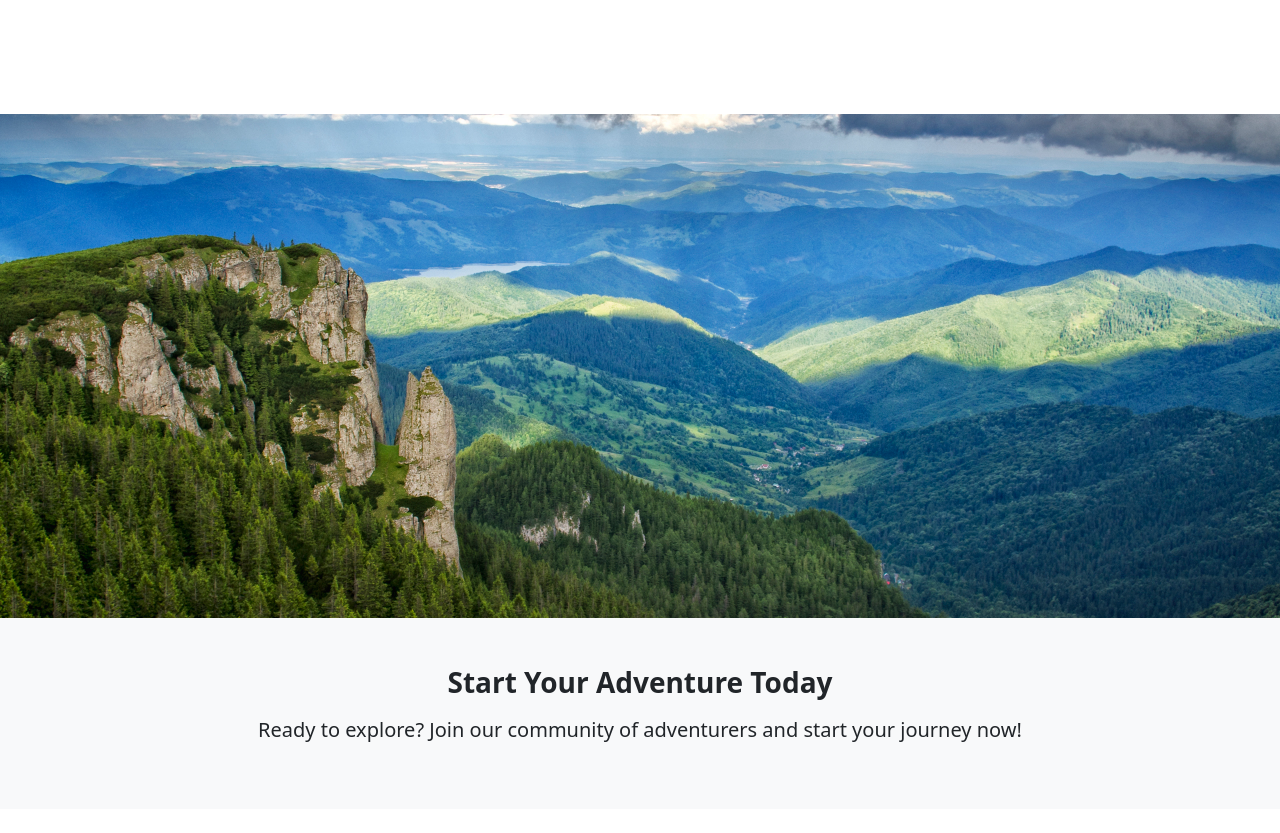
Repository: bettowww/TravelDSA
Page: /home
The author's editor kept a copy of each file at every save. The page is drawn from the files as they stood at one save, then again after the next save.
The browser window is 1280 px wide. The pictures show the whole page.
The project was rebuilt for these pictures with package versions that can differ from the ones it lists, and the page was loaded fresh each time. The framework's server and built-in components were replaced by stand-ins that run in the browser. Also part of the build but not shown: next.config.mjs.

Above is the page before, as saved 2024-12-10 14:31:58.

### app/home/page.jsx
"use client";

// import React, { useState } from "react";
// import { useRouter } from "next/navigation";

import "bootstrap/dist/css/bootstrap.min.css"; // Import Bootstrap CSS

const HomePage = () => {
  // const router = useRouter(); // Pentru navigare

  return (
    <div>
      {/* Header Section */}
      <header>
        <div className="text-center my-4">
          <h1 className="text-white fs-3 fw-bolder">
            Welcome to TravelDSA
          </h1>
          <p className="text-white-50 mb-0">
            Your trusted travel companion for exploring the world.
          </p>
        </div>
      </header>

      {/*Picture section */}
      <section
        style={{
          backgroundImage: `url("/pictures/homepage.jpg")`,
          backgroundSize: "cover",
          backgroundPosition: "center",
          backgroundRepeat: "no-repeat",
          minHeight: "70vh",
        }}
      >
      </section>

      {/* Call to Action Section */}
      <section className="py-5 bg-light">
        <div className="container text-center">
          <h3 className="fw-bold mb-3">
            Start Your Adventure Today
          </h3>
          <p className="lead">
            Ready to explore? Join our community of adventurers and start your
            journey now!
          </p>
        </div>
      </section>

      {/* Footer */}
      <footer>
        <div>
          <p className="m-0 text-center text-white">
            Copyright &copy; TravelDSA 2024. All rights reserved.
          </p>
        </div>
      </footer>
    </div>
  );
};

export default HomePage;

### styles/home.css
.custom-container {
    padding: 20px;
    margin: auto;
}

After the next save:
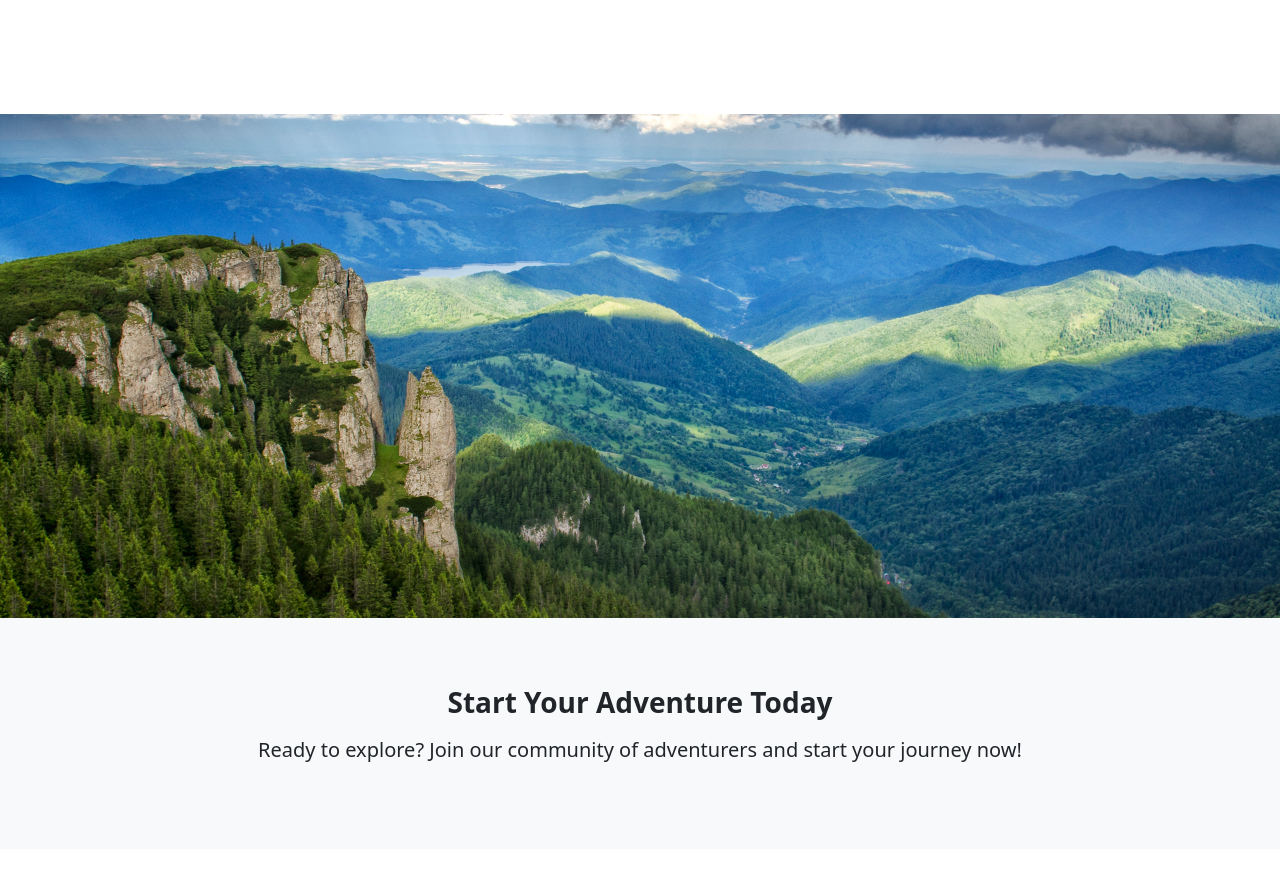
Saved 14 s later.
--- a/app/home/page.jsx
+++ b/app/home/page.jsx
@@ -4,6 +4,7 @@
 // import { useRouter } from "next/navigation";
 
 import "bootstrap/dist/css/bootstrap.min.css"; // Import Bootstrap CSS
+import "../../styles/home.css"
 
 const HomePage = () => {
   // const router = useRouter(); // Pentru navigare
@@ -36,7 +37,7 @@ const HomePage = () => {
 
       {/* Call to Action Section */}
       <section className="py-5 bg-light">
-        <div className="container text-center">
+        <div className="custom-container text-center">
           <h3 className="fw-bold mb-3">
             Start Your Adventure Today
           </h3>
